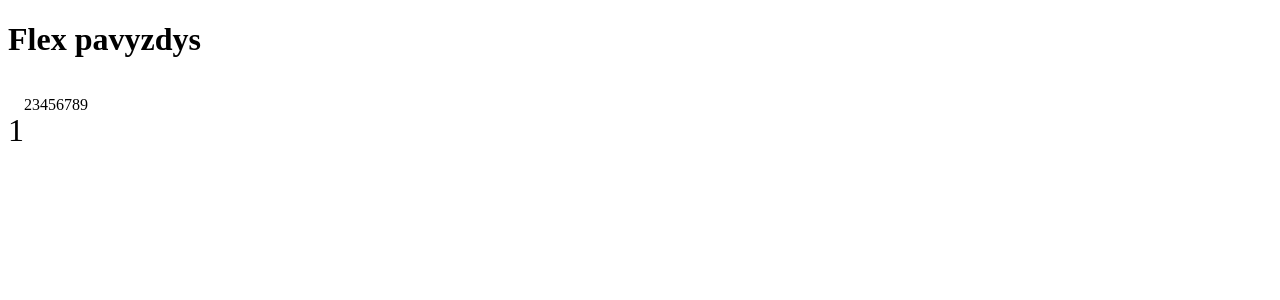
Repository: motiejus1/06-paskaita-invest
Page: index.html
The author's editor kept a copy of each file at every save. The page is drawn from the files as they stood at one save, then again after the next save.
The browser window is 1280 px wide. The pictures show the whole page.

Above is the page before, as saved 2021-06-09 18:29:19.

### index.html
<!DOCTYPE html>
<html lang="en">
<head>
    <meta charset="UTF-8">
    <meta http-equiv="X-UA-Compatible" content="IE=edge">
    <meta name="viewport" content="width=device-width, initial-scale=1.0">
    <title>Sesta paskaita</title>
    <style>
        .flex-container {
            display: flex;
            flex-direction:row;
        }

        .flex-item-1

        p {
            font-size: 32px;
        }
    </style>
</head>
<body>
    <div class="container">
        <h1>Flex pavyzdys</h1>
        <div class="flex-container">
            <div class="flex-item-1"><p>1</p></div>
            <div class="flex-item-2"><p>2</p></div>
            <div class="flex-item-3"><p>3</p></div>
            <div class="flex-item-4"><p>4</p></div>
            <div class="flex-item-5"><p>5</p></div>
            <div class="flex-item-6"><p>6</p></div>
            <div class="flex-item-7"><p>7</p></div>
            <div class="flex-item-8"><p>8</p></div>
            <div class="flex-item-9"><p>9</p></div>
        </div>
    </div>
</body>
</html>

After the next save:
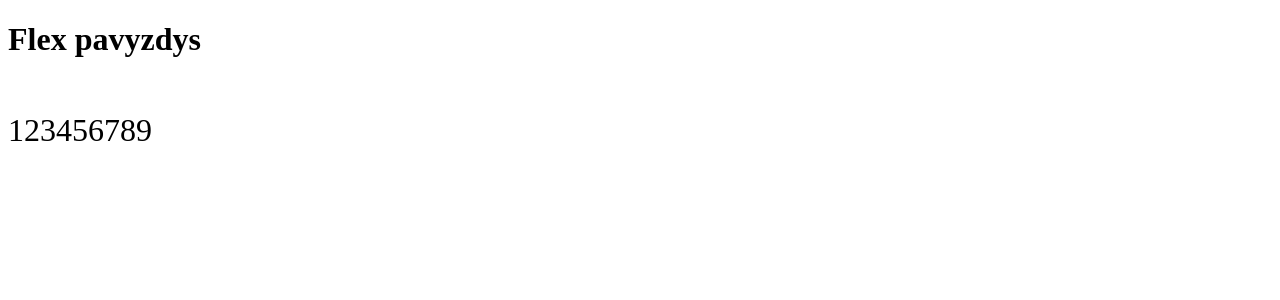
Saved 4 s later.
--- a/index.html
+++ b/index.html
@@ -11,7 +11,9 @@
             flex-direction:row;
         }
 
-        .flex-item-1
+        .flex-item-1 {
+
+        }
 
         p {
             font-size: 32px;
